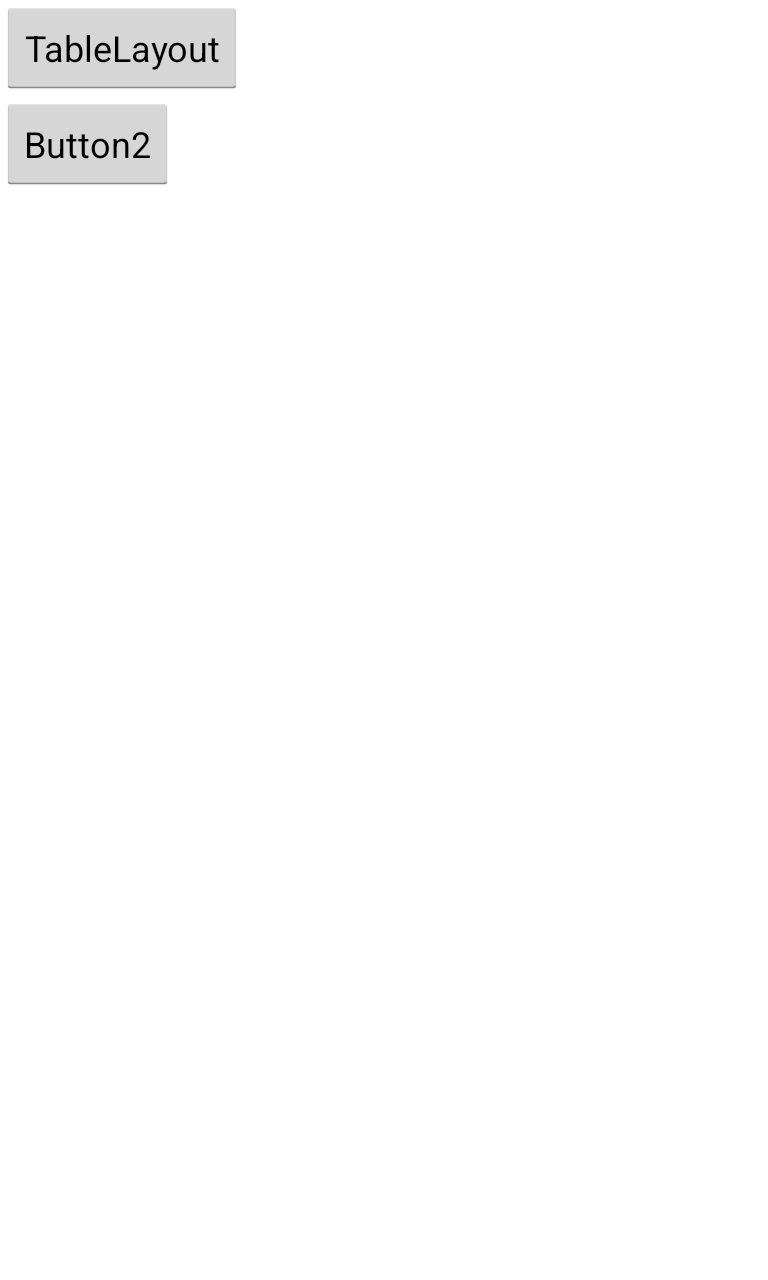
Repository: hugoM1/trainingNaranya
Layout: Layouts/res/layout/activity_home.xml
An editor plug-in stored every save of this project. The layout is shown before and after the next save, followed by the edit.
It is drawn on a 768 x 1280 px phone screen (xhdpi) without system bars, with theme AppTheme; the app's code is not run.

Above is the layout before, as saved 2013-08-14 01:50:05.

### Layouts/res/layout/activity_home.xml
<?xml version="1.0" encoding="utf-8"?>
<LinearLayout
    xmlns:android="http://schemas.android.com/apk/res/android"
	android:orientation="vertical"
	android:layout_width="fill_parent"
	android:layout_height="fill_parent">

		<Button
		    android:text="@string/button1"
		    android:id="@+id/Button01"
			android:layout_width="wrap_content"
			android:layout_height="wrap_content" />

		<Button
		    android:text="@string/button2"
		    android:id="@+id/Button02"
			android:layout_width="wrap_content"
			android:layout_height="wrap_content" />

</LinearLayout>

### Layouts/res/values/strings.xml
<?xml version="1.0" encoding="utf-8"?>
<resources>

    <string name="app_name">Layouts</string>
    <string name="action_settings">Settings</string>
    <string name="hello_world">Hello world!</string>
    <string name="button1">TableLayout</string>
    <string name="button2">Button2</string>

</resources>

Loaded but not shown: Layouts/res/values/styles.xml (common file); Layouts/res/values-v11/styles.xml (common file); Layouts/res/values-v14/styles.xml (common file)

After the next save:
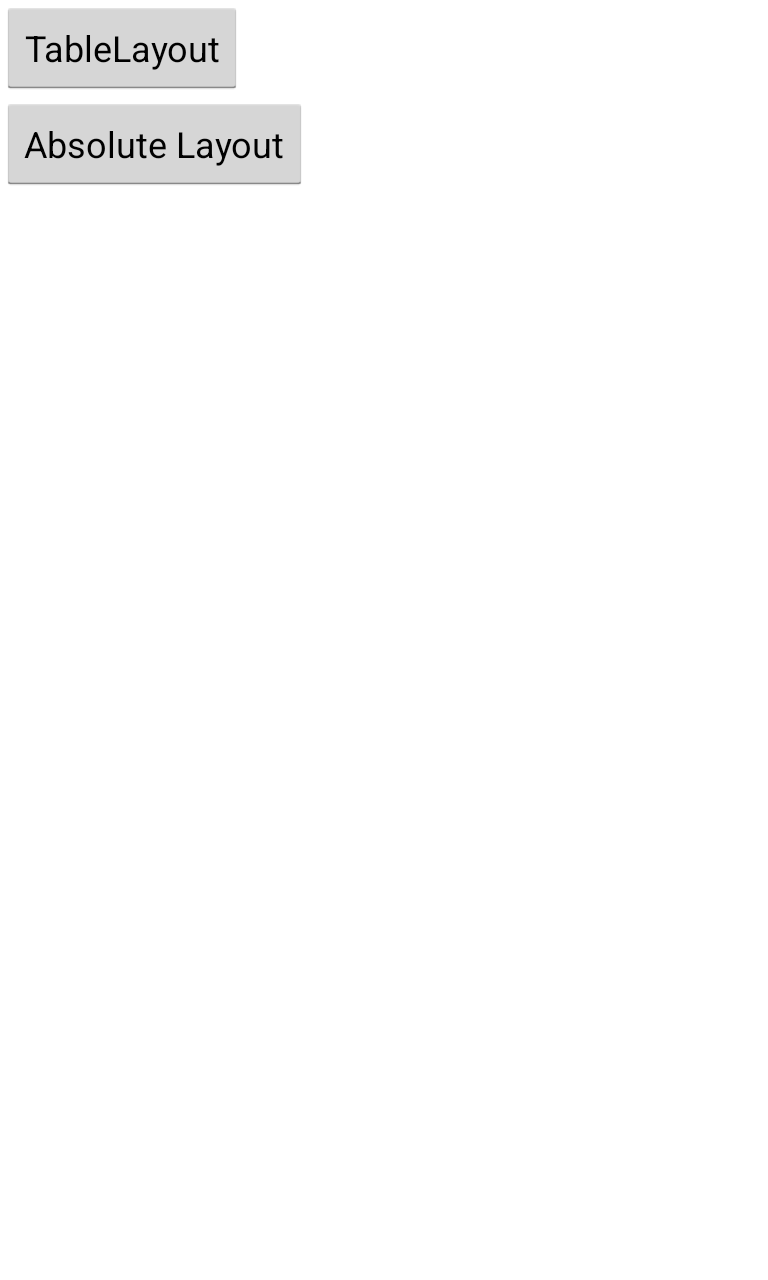
Saved 14 s later.
--- a/Layouts/res/values/strings.xml
+++ b/Layouts/res/values/strings.xml
@@ -5,6 +5,6 @@
     <string name="action_settings">Settings</string>
     <string name="hello_world">Hello world!</string>
     <string name="button1">TableLayout</string>
-    <string name="button2">Button2</string>
+    <string name="button2">Absolute Layout</string>
 
 </resources>
